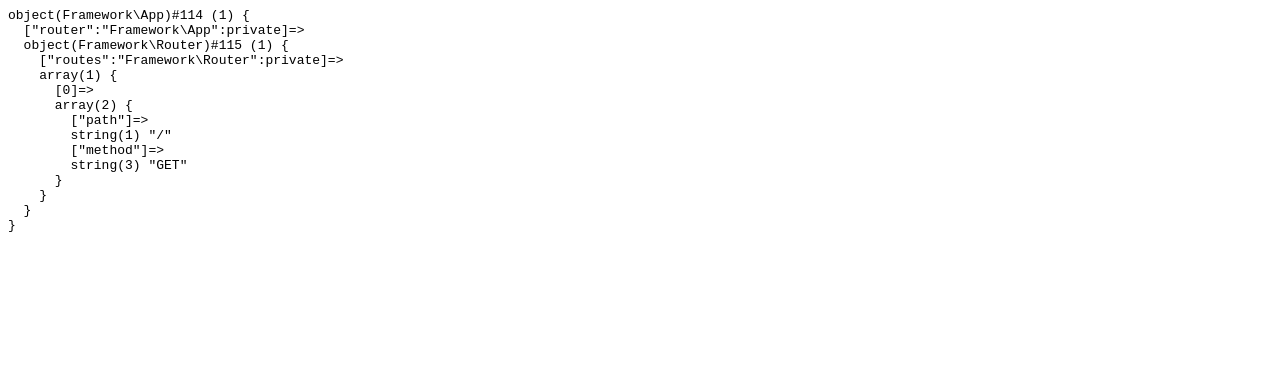
Repository: Conjet/PHPiggy
Page: http://localhost/about
An editor plug-in stored every save of this project. The page is shown before and after the next save, followed by the edit.
The browser window is 1280 px wide. The pictures show the whole page.
The page is run by PHP 8.4 with error messages shown; the project is at /var/www/html/.

Above is the page before, as saved 2023-08-30 00:27:51.

### public/index.php
<?php

include __DIR__."/../src/App/functions.php";

$app = include __DIR__.'/../src/App/bootstrap.php';

$app->run();

### src/App/functions.php
<?php

declare (strict_types=1);

function dd(mixed $value){
    echo '<pre>';
    var_dump($value);
    echo '</pre>';
    die();
}

### src/App/bootstrap.php
<?php

declare(strict_types=1);

require __DIR__.'/../../vendor/autoload.php';

use Framework\App;

$app = new App();

$app->get('/',['App\Controllers\HomeController', 'home']);

dd($app);

return $app;

### src/Framework/App.php
<?php

declare(strict_types=1);

namespace Framework;

class App {

    private Router $router;

    public function __construct()
    {
        $this->router = new Router();
    }

    public function run()
    {
        echo 'Application is running';
    }

    public function get(string $path, array $controller)
    {
        $this->router->add('GET', $path, $controller);
    }
}

### src/Framework/Router.php
<?php

declare (strict_types=1);

namespace Framework;

class Router
{
    private array $routes = [];

    public function add(string $method, string $path) {

        $path = $this->normalizePath($path);

        $this->routes[] = [
            'path' => $path,
            'method' => strtoupper($method)
        ];
    }

    private function normalizePath(string $path) : string {
        // #[/]{2,}#
        $path = trim($path, '/');
        $path = '/'.$path.'/';
        $path = preg_replace('#[/]{2,}#', '/', $path);

        return $path;
    }
}

After the next save:
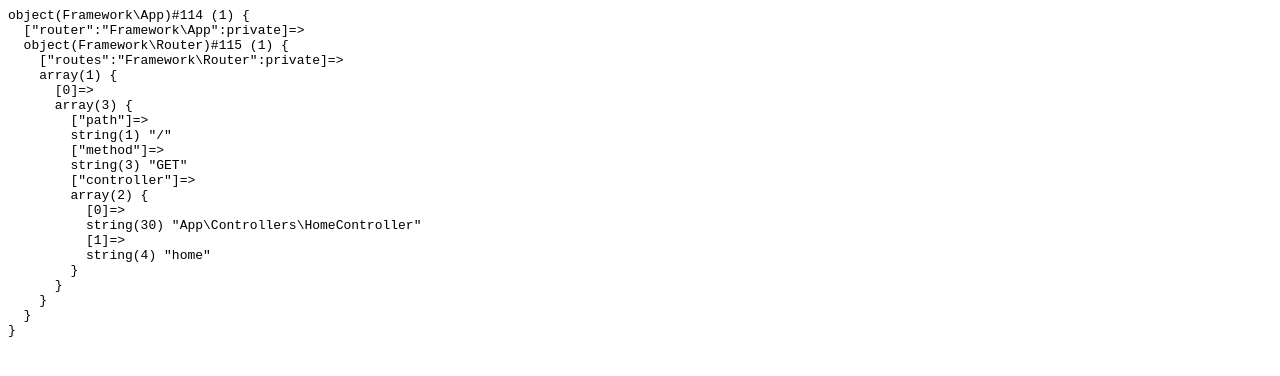
Saved 21 s later.
--- a/src/Framework/Router.php
+++ b/src/Framework/Router.php
@@ -8,13 +8,14 @@ class Router
 {
     private array $routes = [];
 
-    public function add(string $method, string $path) {
+    public function add(string $method, string $path, array $controller) {
 
         $path = $this->normalizePath($path);
 
         $this->routes[] = [
             'path' => $path,
-            'method' => strtoupper($method)
+            'method' => strtoupper($method),
+            'controller' => $controller
         ];
     }
 
